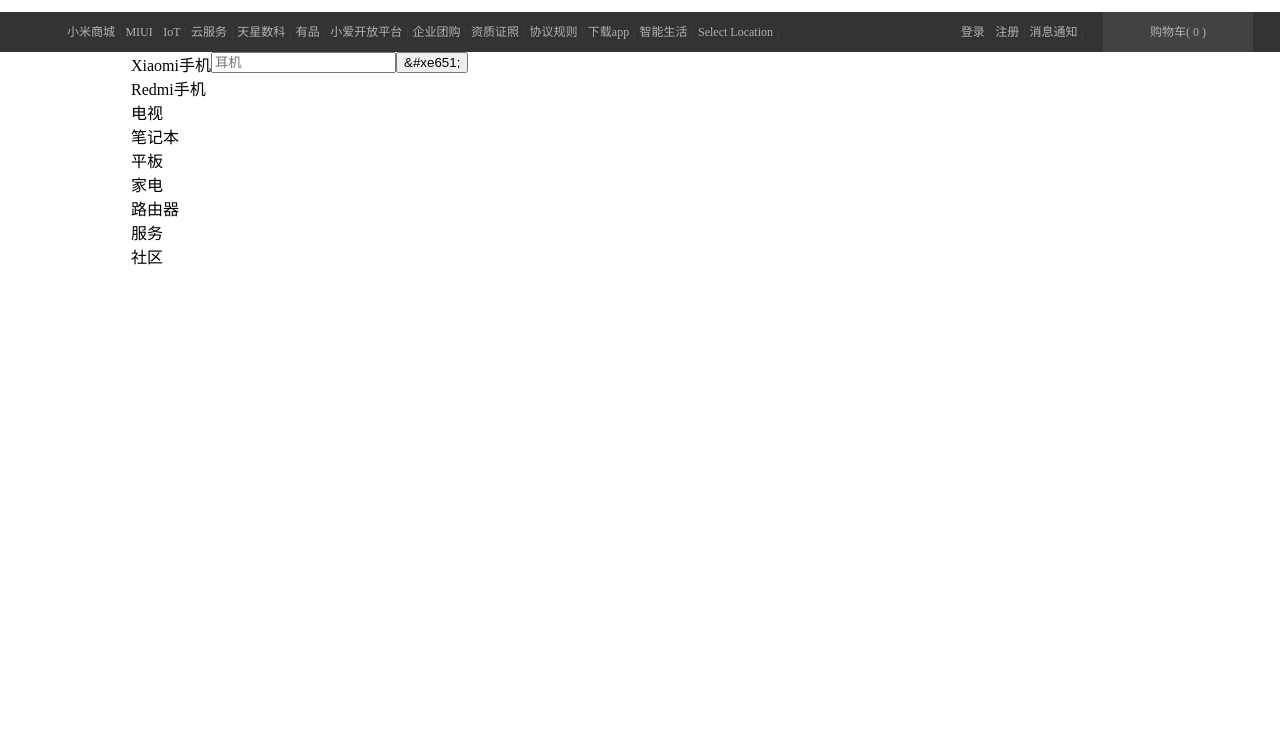
Repository: PLA-31695/Xiaomi
Page: /#/register
The author's editor kept a copy of each file at every save. The page is drawn from the files as they stood at one save, then again after the next save.
The browser window is 1280 px wide. The pictures show the whole page.
The project was rebuilt for these pictures with package versions that can differ from the ones it lists, and the page was loaded fresh each time. Also part of the build but not shown: vue.config.js.

Above is the page before, as saved 2022-03-20 14:26:48.

After the next save:
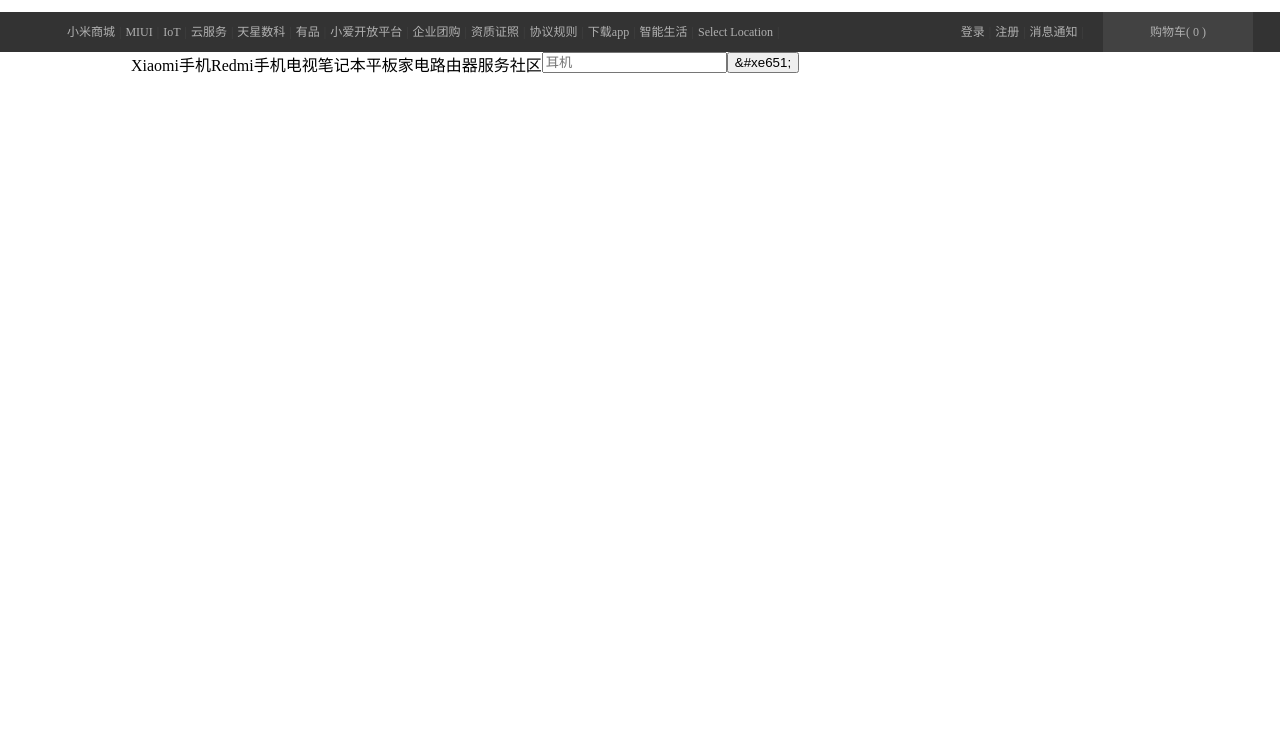
Saved 30 s later.
--- a/src/components/Header/my-header.vue
+++ b/src/components/Header/my-header.vue
@@ -128,6 +128,9 @@
         }
         .header-nav{
             float: left;
+            ul li {
+                float: left;
+            }
         }
     }
 </style>
